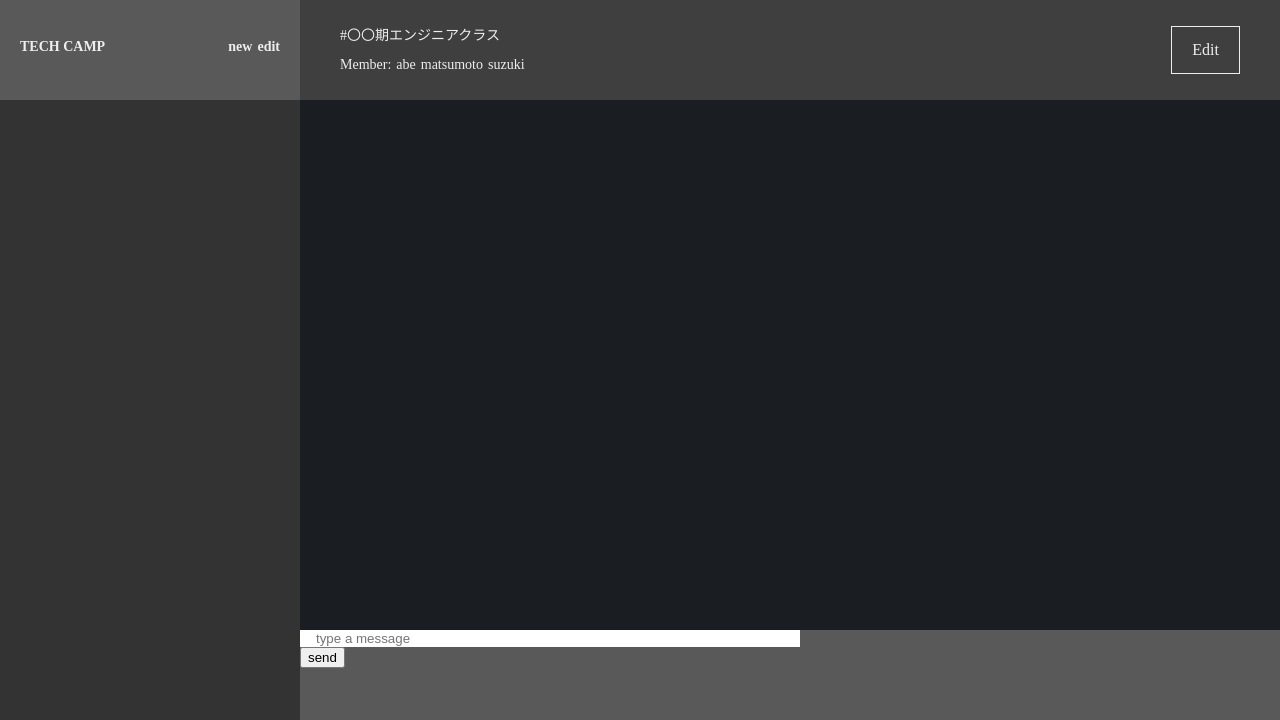
Repository: m-mao/firsa_app
Page: html_css/chat-app/index.html
The author's editor kept a record of every edit. The page is drawn from the files as they stood at one moment, then again after the next edit.
The browser window is 1280 px wide. The pictures show the whole page.

Above is the page before.

After the next edit:
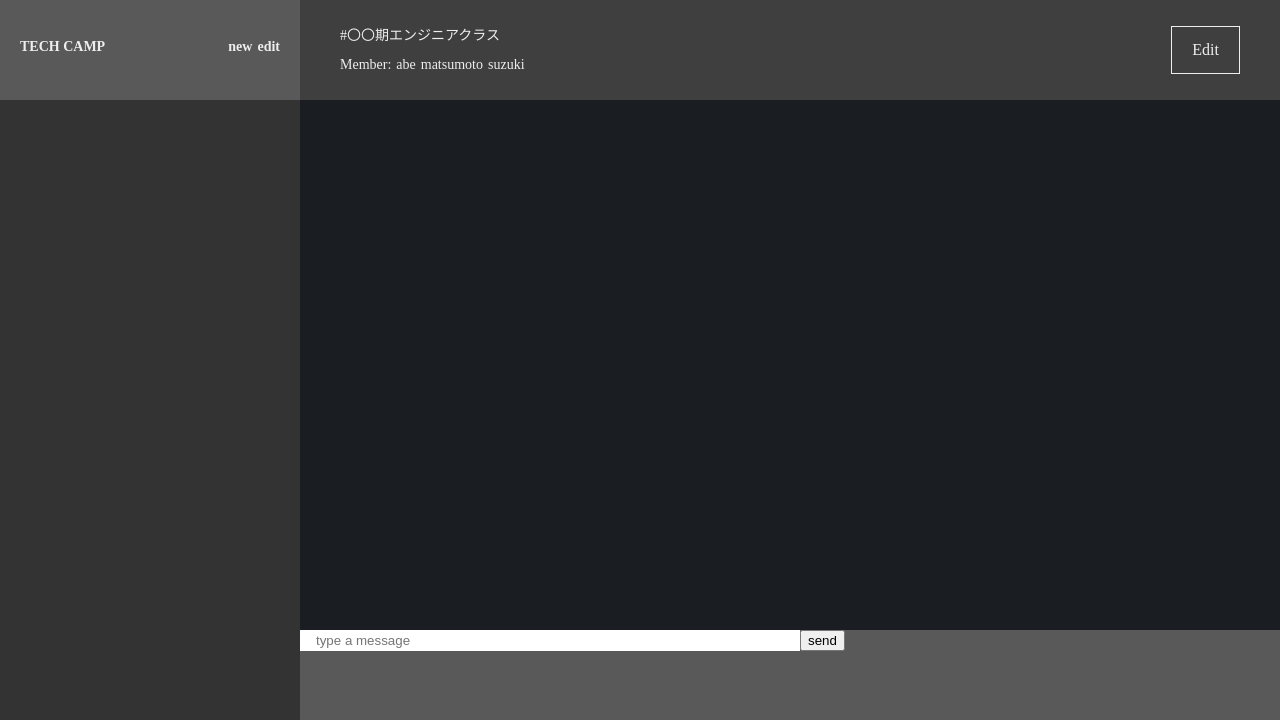
The edit:
--- a/html_css/chat-app/style.css
+++ b/html_css/chat-app/style.css
@@ -97,7 +97,8 @@
 }
 
 .new-message {
-
+ display: flex;
+ margin; 20px 40px;
 }
 
 .input-text {
